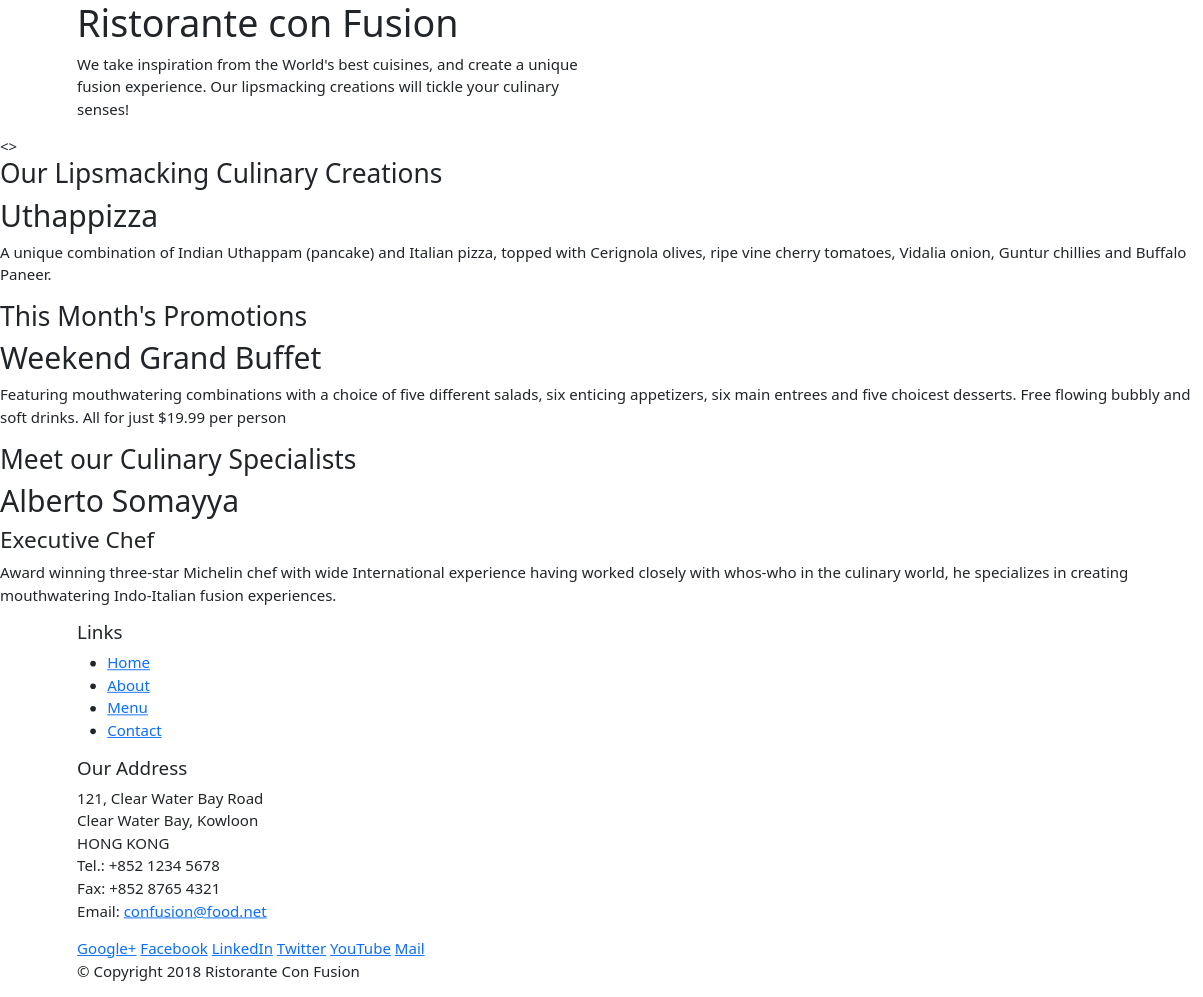
Repository: GiaBaooLe/Reactjs
Page: index.html
An editor plug-in stored every save of this project. The page is shown before and after a run of saves, followed by the edit.
The browser window is 1280 px wide. The pictures show the whole page, at 94% of full size.
Some web libraries are served in a nearby version.

Above is the page before, as saved 2023-09-12 13:51:19.

After the next 4 saves:
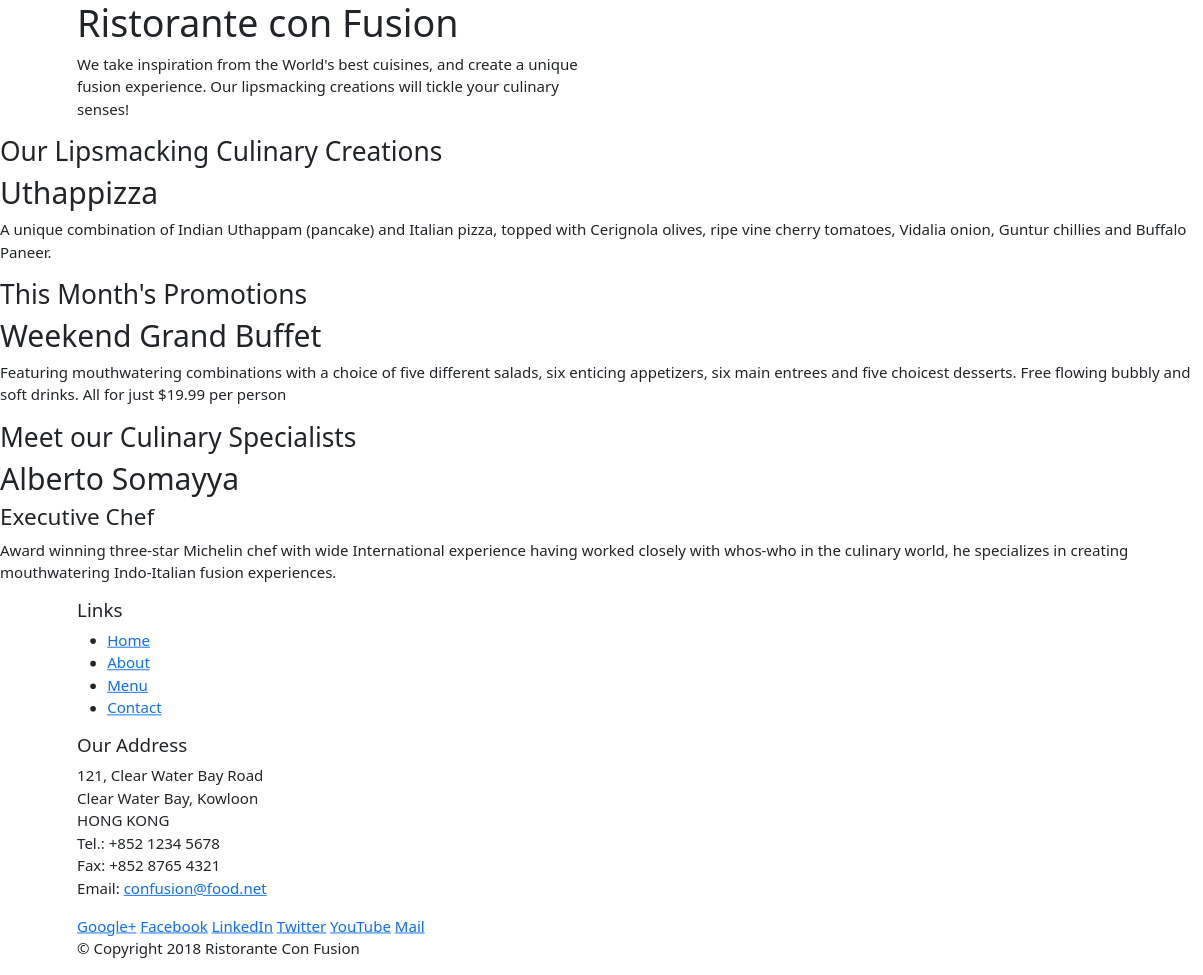
The 4 saves are shown as one change because they came seconds apart.
The last was saved 23 s later.
--- a/index.html
+++ b/index.html
@@ -39,7 +39,7 @@
     </div>
     </header>
 
-    <>
+    <div>
       <div>
         <div>
           <h3>Our Lipsmacking Culinary Creations</h3>
